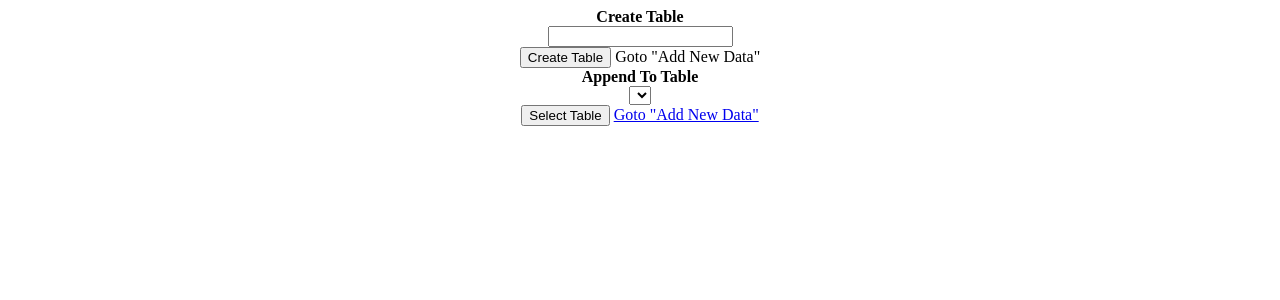
Repository: kemiporto/cmpe272-group12
Page: http://localhost/ESPAWSProject/createTable.jsp
The author's editor kept a copy of each file at every save. The page is drawn from the files as they stood at one save, then again after a run of saves.
The browser window is 1280 px wide. The pictures show the whole page.
The page is served by Tomcat 9.

Above is the page before, as saved 2014-04-18 05:22:30.

After the next 2 saves:
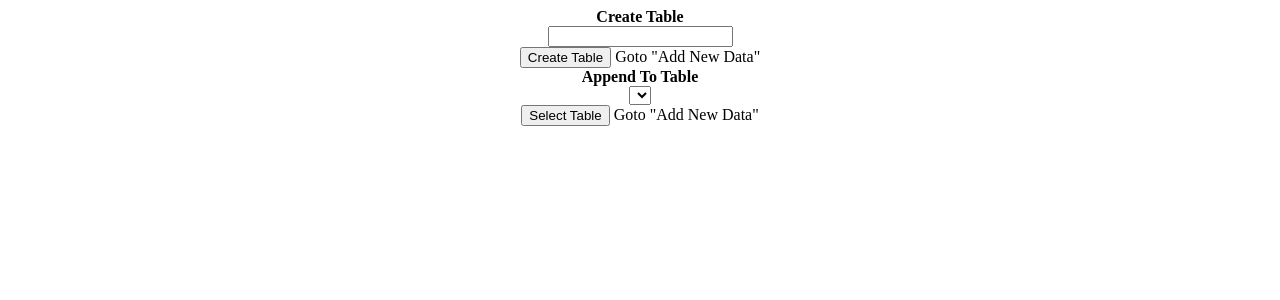
The 2 saves are shown as one change because they came seconds apart.
The last was saved 10 s later.
--- a/AWS/ESPAWSProject/WebContent/createTable.jsp
+++ b/AWS/ESPAWSProject/WebContent/createTable.jsp
@@ -1,27 +1,29 @@
 <html>
 <head>
-    <title>Create Table</title>
-  </head>
+<title>Create Table</title>
+</head>
 
 <body>
 	<div>
-		<div style="font-weight:bold;text-align:center">Create Table</div>
+		<div style="font-weight: bold; text-align: center">Create Table</div>
 
-		<div style="text-align:center"><input type="text" vaue="Table Name"/></div>
-		<div style="text-align:center"><input type="button" value="Create Table"/>
-		Goto "Add New Data"
+		<div style="text-align: center">
+			<input type="text" vaue="Table Name" />
+		</div>
+		<div style="text-align: center">
+			<input type="button" value="Create Table" /> Goto "Add New Data"
 		</div>
 
-		<div style="font-weight:bold;text-align:center">Append To Table</div>
-		<div style="text-align:center">
-		<select >
-		<option value="Table Name"></option>
-		</select>
+		<div style="font-weight: bold; text-align: center">Append To
+			Table</div>
+		<div style="text-align: center">
+			<select>
+				<option value="Table Name"></option>
+			</select>
 		</div>
-		<div style="text-align:center"><input type="button" value="Select Table"/>
-		<a href=”Add New Data.html">Goto "Add New Data"</a>
+		<div style="text-align: center">
+			<input type="button" value="Select Table" /> Goto "Add New Data"
 		</div>
-
 	</div>
 </body>
 </html>
